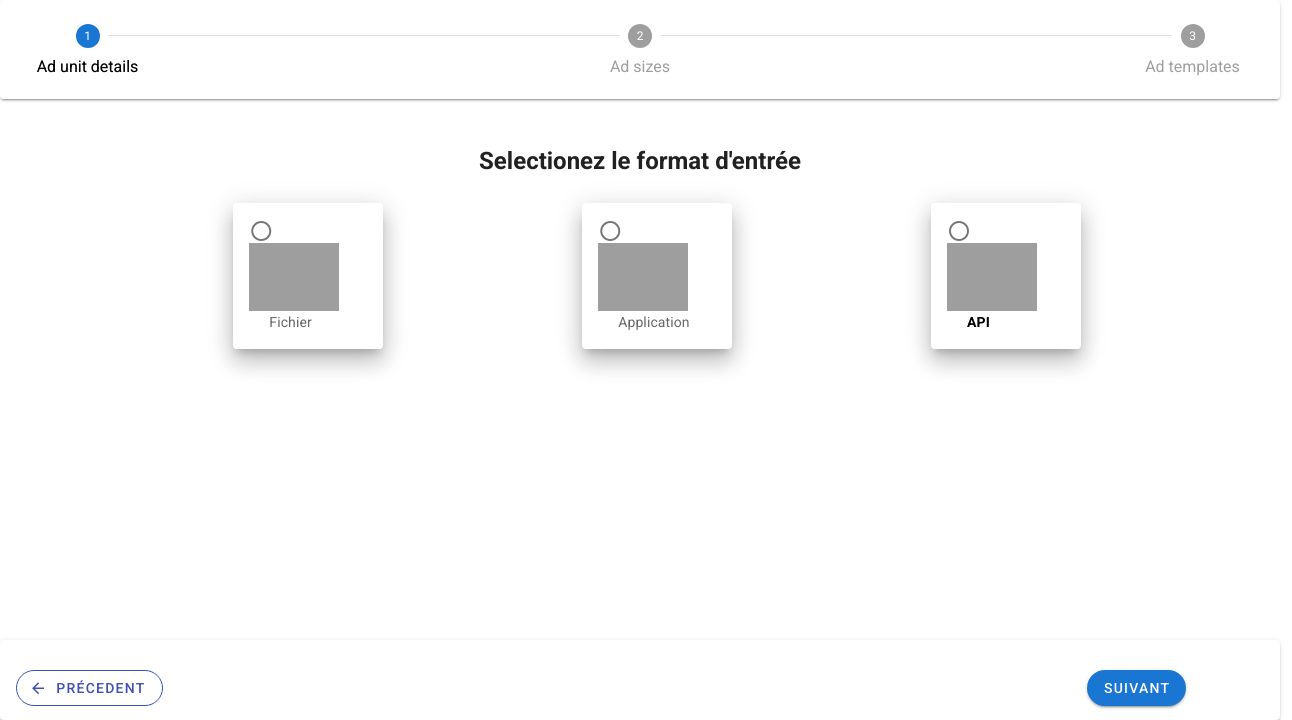
Repository: SidneyHodieb/myc
Page: /addsource/format
The author's editor kept a copy of each file at every save. The page is drawn from the files as they stood at one save, then again after the next save.
The browser window is 1280 px wide. The page is 1292 px wide, so the pictures cover 1292 px, including what lies to the right of the window. The pictures show the whole page.
Pictures or frames that could not be fetched are drawn as grey boxes. The project was rebuilt for these pictures with package versions that can differ from the ones it lists, and the page was loaded fresh each time. Also part of the build but not shown: vue.config.js, src/views/Home.vue, src/views/addSource/components/card.vue, src/views/addSource/components/trigger.vue.

Above is the page before, as saved 2021-04-04 13:54:56.

After the next save:
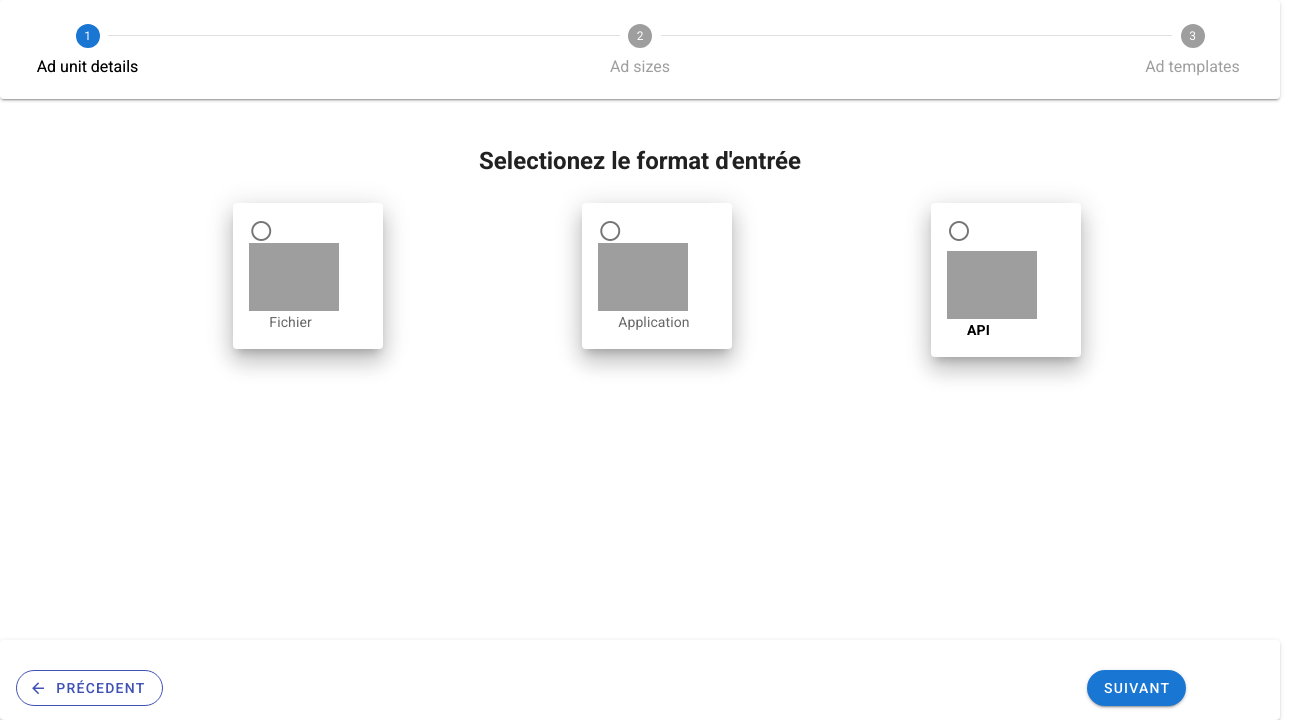
Saved 34 s later.
--- a/src/views/addSource/components/format.vue
+++ b/src/views/addSource/components/format.vue
@@ -42,6 +42,7 @@
              <v-radio
                 color="green"
                 value="api"
+                class="mb-2"
               ></v-radio>
           <v-img
            width="90"
